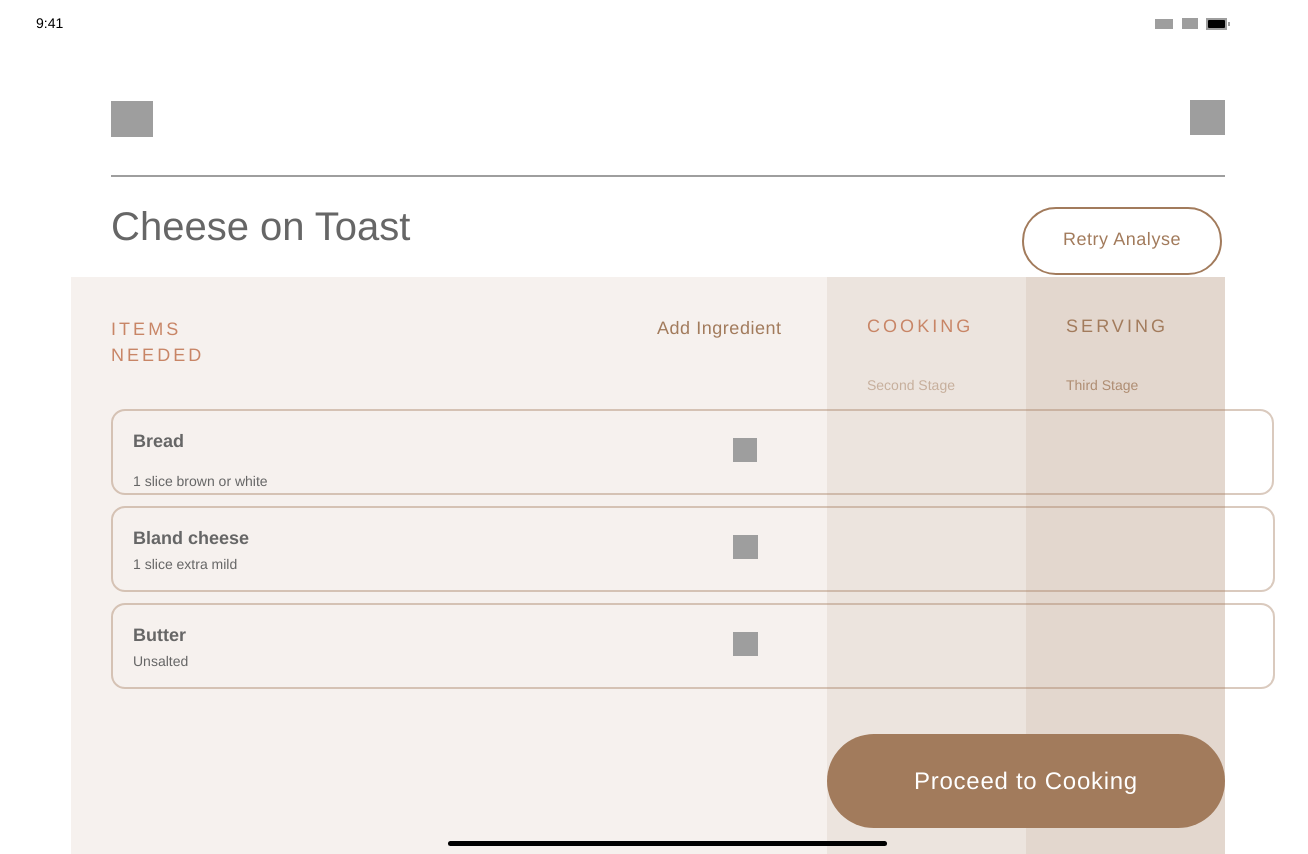
Repository: devashrisamani/SMC
Page: index.html
These files come from the project's save history. The page is drawn as it stood at one moment and after the next save; the edit follows.
The browser window is 1280 px wide. The page is 1308 px wide, then 1288 px, then 1308 px, so the pictures cover 1308 px, including what lies to the right of the window. The pictures show the whole page.
Pictures or frames that could not be fetched are drawn as grey boxes.

Above is the page before, as saved 2024-10-09 14:40:25.

### index.html
<!DOCTYPE html>
<html>
  <head>
    <meta charset="utf-8" />
    <!-- <link rel="stylesheet" href="globals.css" /> -->
    <link rel="stylesheet" href="styleguide.css" />
    <link rel="stylesheet" href="styles.css" />
  </head>
  <body>
    <div class="step-items-needed">
      <div class="div">
        <div class="overlap">
          <div class="rectangle"></div>
          <img class="line" src="img/line-1.svg" />
          <img class="logomark" src="img/logomark.svg" />
          <img class="help-circle" src="img/help-circle.svg" />
          <div class="rectangle-2"></div>
          <div class="rectangle-3"></div>
          <div class="rectangle-4"></div>
          <div class="text-wrapper">Cheese on Toast</div>
          <div class="buttons">
            <div class="button-base"><div class="text">Retry Analyse</div></div>
          </div>
          <div class="cooking">COOKING</div>
          <div class="serving">SERVING</div>
          <div class="home-indicator"><div class="home-indicator-2"></div></div>
          <div class="button-base-wrapper">
            <div class="button-base-2">
              <div class="text-2">Proceed to Cooking</div>
            </div>
          </div>
          <div class="text-3">Add Ingredient</div>
          <div class="group">
            <div class="overlap-group">
              <div class="frame">
                <div class="group-wrapper">
                  <div class="group-2">
                    <div class="text-wrapper-2">Bread</div>
                    <p class="text-wrapper-3">1 slice brown or white</p>
                  </div>
                </div>
              </div>
              <img class="delete" src="img/image.svg" />
            </div>
          </div>
          <div class="overlap-wrapper">
            <div class="overlap-group">
              <div class="div-wrapper">
                <div class="group-3">
                  <div class="group-4">
                    <div class="text-wrapper-2">Butter</div>
                    <div class="text-wrapper-3">Unsalted</div>
                  </div>
                </div>
              </div>
              <img class="img" src="img/delete.svg" />
            </div>
          </div>
          <div class="overlap-group-wrapper">
            <div class="overlap-group">
              <div class="div-wrapper">
                <div class="group-5">
                  <div class="group-6">
                    <div class="text-wrapper-2">Bland cheese</div>
                    <div class="text-wrapper-3">1 slice extra mild</div>
                  </div>
                </div>
              </div>
              <img class="img" src="img/delete.svg" />
            </div>
          </div>
          <div class="items-needed">ITEMS <br />NEEDED</div>
          <div class="text-wrapper-4">Second Stage</div>
          <div class="text-wrapper-5">Third Stage</div>
        </div>
        <div class="status-bar">
          <div class="time">
            <div class="clock">
              <div class="text-wrapper-6">9</div>
              <div class="text-wrapper-6">:</div>
              <div class="text-wrapper-6">41</div>
            </div>
          </div>
          <div class="icons">
            <img class="cellular-signal" src="img/cellular-signal.svg" />
            <img class="wifi" src="img/wifi.svg" />
            <div class="battery">
              <div class="indicator-wrapper"><div class="indicator"></div></div>
              <img class="cap" src="img/cap.svg" />
            </div>
          </div>
        </div>
      </div>
    </div>
  </body>
</html>

### styleguide.css
:root {
  --ioskey-label: rgba(0, 0, 0, 1);
  --text-base-medium-font-family: "DM Sans", Helvetica;
  --text-base-medium-font-weight: 500;
  --text-base-medium-font-size: 16px;
  --text-base-medium-letter-spacing: 0.48px;
  --text-base-medium-line-height: 24px;
  --text-base-medium-font-style: normal;
  --text-xs-regular-font-family: "DM Sans", Helvetica;
  --text-xs-regular-font-weight: 400;
  --text-xs-regular-font-size: 12px;
  --text-xs-regular-letter-spacing: 0.36px;
  --text-xs-regular-line-height: 16px;
  --text-xs-regular-font-style: normal;
  --system-colors-miscellaneous-floating-tab-text-unselected: rgba(0, 0, 0, 1);
  --space-rounded-space-space-6: var(--base-size-size-24);
  --space-rounded-space-space-3: var(--base-size-size-12);
  --space-rounded-space-space-5: var(--base-size-size-20);
  --space-rounded-space-space-9: var(--base-size-size-36);
  --space-rounded-space-space-4: var(--base-size-size-16);
  --space-rounded-rounded-full: 9999px;
  --base-size-size-24: 24px;
  --base-size-size-12: 12px;
  --base-size-size-20: 20px;
  --base-size-size-36: 36px;
  --base-size-size-16: 16px;
  --base-colors-primary-main: rgba(162, 123, 92, 1);
  --base-colors-neutral-white: rgba(255, 255, 255, 1);
  --base-colors-yellow-main: rgba(255, 169, 11, 1);
  --color-tokens-BG-primary-default: var(--base-colors-primary-main);
  --color-tokens-icon-white: var(--base-colors-neutral-white);
  --color-tokens-BG-neutral-white: var(--base-colors-neutral-white);
  --color-tokens-BG-yellow-default: var(--base-colors-yellow-main);
}

/*

  To enable a theme in your HTML, simply add one of the following data attributes to an HTML element, like so:

  <body data-system-colors-mode="light">
      <!-- the rest of your content -->
  </body>

  You can apply the theme on any DOM node, not just the `body`

  */

[data-system-colors-mode="light"] {
  --system-colors-miscellaneous-floating-tab-text-unselected: rgba(0, 0, 0, 1);
}

[data-system-colors-mode="dark"] {
  --system-colors-miscellaneous-floating-tab-text-unselected: rgba(
    255,
    255,
    255,
    0.4
  );
}

[data-system-colors-mode="dark-elevated"] {
  --system-colors-miscellaneous-floating-tab-text-unselected: rgba(
    255,
    255,
    255,
    0.4
  );
}

### styles.css
.step-items-needed {
  /* Remove background color */
  display: flex;
  flex-direction: row;
  justify-content: center;
  width: 100vw; /* Full viewport width */
  height: 100vh; /* Full viewport height */
  margin: 20px; /* Add margin around the page */
}

.step-items-needed .div {
  /* Remove background color */
  width: 1194px;
  height: 834px;
  position: relative;
  margin: auto; /* This centers the content horizontally */
}

.step-items-needed .overlap {
  position: absolute;
  width: 1194px;
  height: 834px;
  top: 0;
  left: 0;
  background-size: 100% 100%;
  margin: 0 auto; /* This will ensure no borders on the side */
}

.step-items-needed .rectangle {
  position: absolute;
  width: 1194px;
  height: 834px;
  top: 0;
  left: 0;
  background-color: #ffffff;
  gap: var(--space-rounded-space-space-6);
}

.step-items-needed .line {
  position: absolute;
  width: 1114px;
  height: 2px;
  top: 155px;
  left: 40px;
}

.step-items-needed .logomark {
  position: absolute;
  width: 42px;
  height: 36px;
  top: 81px;
  left: 40px;
}

.step-items-needed .help-circle {
  position: absolute;
  width: 35px;
  height: 35px;
  top: 80px;
  left: 1119px;
}

.step-items-needed .rectangle-2 {
  position: absolute;
  width: 199px;
  height: 577px;
  top: 257px;
  left: 955px;
  background-color: #a27b5c;
  opacity: 0.3;
}

.step-items-needed .rectangle-3 {
  position: absolute;
  width: 199px;
  height: 577px;
  top: 257px;
  left: 756px;
  background-color: #a27b5c;
  opacity: 0.2;
}

.step-items-needed .rectangle-4 {
  position: absolute;
  width: 756px;
  height: 577px;
  top: 257px;
  left: 0;
  background-color: #a27b5c;
  opacity: 0.1;
}

.step-items-needed .text-wrapper {
  position: absolute;
  height: 40px;
  top: 186px;
  left: 40px;
  font-family: "Calistoga-Regular", Helvetica;
  font-weight: 400;
  color: #666666;
  font-size: 40px;
  letter-spacing: 0;
  line-height: 40px;
  white-space: nowrap;
}

.step-items-needed .buttons {
  display: flex;
  width: 200px;
  height: 40px;
  align-items: flex-start;
  position: absolute;
  top: 187px;
  left: 951px;
}

.step-items-needed .button-base {
  display: flex;
  height: 40px;
  align-items: center;
  justify-content: center;
  gap: var(--space-rounded-space-space-3);
  padding: var(--space-rounded-space-space-3) var(--space-rounded-space-space-5)
    var(--space-rounded-space-space-3) var(--space-rounded-space-space-5);
  position: relative;
  flex: 1;
  flex-grow: 1;
  border-radius: var(--space-rounded-rounded-full);
  border: 2px solid;
  border-color: #a27b5c;
}

.step-items-needed .text {
  position: relative;
  width: fit-content;
  margin-top: -6px;
  margin-bottom: -2px;
  font-family: "Calistoga-Regular", Helvetica;
  font-weight: 400;
  color: #a27b5c;
  font-size: 18px;
  text-align: center;
  letter-spacing: 0.54px;
  line-height: 24px;
  white-space: nowrap;
}

.step-items-needed .cooking {
  position: absolute;
  height: 21px;
  top: 296px;
  left: 796px;
  font-family: "Aboreto-Regular", Helvetica;
  font-weight: 400;
  color: #c88566;
  font-size: 18px;
  letter-spacing: 3.06px;
  line-height: normal;
  white-space: nowrap;
}

.step-items-needed .serving {
  position: absolute;
  height: 21px;
  top: 296px;
  left: 995px;
  font-family: "Aboreto-Regular", Helvetica;
  font-weight: 400;
  color: #a27b5c;
  font-size: 18px;
  letter-spacing: 3.06px;
  line-height: normal;
  white-space: nowrap;
}

.step-items-needed .home-indicator {
  position: absolute;
  width: 1194px;
  height: 72px;
  top: 762px;
  left: 0;
}

.step-items-needed .home-indicator-2 {
  position: relative;
  width: 439px;
  height: 5px;
  top: 59px;
  left: 377px;
  background-color: var(--ioskey-label);
  border-radius: 5px;
}

.step-items-needed .button-base-wrapper {
  display: flex;
  width: 398px;
  height: 70px;
  align-items: flex-start;
  position: absolute;
  top: 714px;
  left: 756px;
}

.step-items-needed .button-base-2 {
  display: flex;
  height: 70px;
  align-items: center;
  justify-content: center;
  gap: var(--space-rounded-space-space-3);
  padding: var(--space-rounded-space-space-3) var(--space-rounded-space-space-5)
    var(--space-rounded-space-space-3) var(--space-rounded-space-space-5);
  position: relative;
  flex: 1;
  flex-grow: 1;
  background-color: var(--color-tokens-BG-primary-default);
  border-radius: var(--space-rounded-rounded-full);
}

.step-items-needed .text-2 {
  position: relative;
  width: fit-content;
  color: #ffffff;
  font-size: 24px;
  letter-spacing: 0.72px;
  font-family: "Calistoga-Regular", Helvetica;
  font-weight: 400;
  line-height: 24px;
  white-space: nowrap;
}

.step-items-needed .text-3 {
  position: absolute;
  top: 296px;
  left: 586px;
  color: #a27b5c;
  font-size: 18px;
  letter-spacing: 0.54px;
  font-family: "Calistoga-Regular", Helvetica;
  font-weight: 400;
  line-height: 24px;
  white-space: nowrap;
}

.step-items-needed .group {
  position: absolute;
  width: 675px;
  height: 82px;
  top: 389px;
  left: 40px;
}

.step-items-needed .overlap-group {
  position: relative;
  height: 82px;
  border-radius: 14px;
}

.step-items-needed .frame {
  display: flex;
  width: 675px;
  align-items: center;
  gap: 20px;
  padding: 20px 464px 20px 20px;
  position: absolute;
  top: 0;
  left: 0;
  border-radius: 14px;
  border: 2px solid;
  border-color: #a27b5c66;
}

.step-items-needed .group-wrapper {
  position: relative;
  width: 148px;
  height: 42px;
}

.step-items-needed .group-2 {
  position: relative;
  width: 152px;
  height: 42px;
}

.step-items-needed .text-wrapper-2 {
  position: absolute;
  top: 0;
  left: 0;
  font-family: "Epilogue-SemiBold", Helvetica;
  font-weight: 600;
  color: #666666;
  font-size: 18px;
  letter-spacing: 0;
  line-height: normal;
  white-space: nowrap;
}

.step-items-needed .text-wrapper-3 {
  position: absolute;
  top: 28px;
  left: 0;
  font-family: "Epilogue-Regular", Helvetica;
  font-weight: 400;
  color: #666666;
  font-size: 14px;
  letter-spacing: 0;
  line-height: normal;
  white-space: nowrap;
}

.step-items-needed .delete {
  position: absolute;
  width: 24px;
  height: 24px;
  top: 29px;
  left: 622px;
}

.step-items-needed .overlap-wrapper {
  position: absolute;
  width: 676px;
  height: 82px;
  top: 583px;
  left: 40px;
}

.step-items-needed .div-wrapper {
  display: flex;
  width: 676px;
  align-items: center;
  gap: 20px;
  padding: 20px 464px 20px 20px;
  position: absolute;
  top: 0;
  left: 0;
  border-radius: 14px;
  border: 2px solid;
  border-color: #a27b5c66;
}

.step-items-needed .group-3 {
  width: 62px;
  position: relative;
  height: 42px;
}

.step-items-needed .group-4 {
  width: 66px;
  position: relative;
  height: 42px;
}

.step-items-needed .img {
  position: absolute;
  width: 25px;
  height: 24px;
  top: 29px;
  left: 622px;
}

.step-items-needed .overlap-group-wrapper {
  position: absolute;
  width: 676px;
  height: 82px;
  top: 486px;
  left: 40px;
}

.step-items-needed .group-5 {
  width: 124px;
  position: relative;
  height: 42px;
}

.step-items-needed .group-6 {
  width: 128px;
  position: relative;
  height: 42px;
}

.step-items-needed .items-needed {
  position: absolute;
  height: 52px;
  top: 296px;
  left: 40px;
  font-family: "Aboreto-Regular", Helvetica;
  font-weight: 400;
  color: #c88566;
  font-size: 18px;
  letter-spacing: 3.06px;
  line-height: 26px;
}

.step-items-needed .text-wrapper-4 {
  position: absolute;
  top: 357px;
  left: 796px;
  opacity: 0.5;
  font-family: "Epilogue-Regular", Helvetica;
  font-weight: 400;
  color: #a27b5c;
  font-size: 14px;
  letter-spacing: 0;
  line-height: normal;
  white-space: nowrap;
}

.step-items-needed .text-wrapper-5 {
  position: absolute;
  top: 357px;
  left: 995px;
  opacity: 0.8;
  font-family: "Epilogue-Regular", Helvetica;
  font-weight: 400;
  color: #a27b5c;
  font-size: 14px;
  letter-spacing: 0;
  line-height: normal;
  white-space: nowrap;
}

.step-items-needed .status-bar {
  display: flex;
  width: 1194px;
  align-items: center;
  justify-content: space-between;
  padding: var(--space-rounded-space-space-4) var(--space-rounded-space-space-5)
    var(--space-rounded-space-space-4) var(--space-rounded-space-space-9);
  position: fixed;
  top: 0;
  left: 0;
}

.step-items-needed .time {
  display: inline-flex;
  align-items: center;
  justify-content: center;
  gap: 4px;
  position: relative;
  flex: 0 0 auto;
}

.step-items-needed .clock {
  display: inline-flex;
  align-items: center;
  position: relative;
  flex: 0 0 auto;
}

.step-items-needed .text-wrapper-6 {
  position: relative;
  width: fit-content;
  margin-top: -1px;
  font-family: "SF Pro Display-Medium", Helvetica;
  font-weight: 500;
  color: var(--system-colors-miscellaneous-floating-tab-text-unselected);
  font-size: 14px;
  letter-spacing: 0;
  line-height: normal;
}

.step-items-needed .icons {
  display: inline-flex;
  align-items: center;
  justify-content: flex-end;
  gap: 8.5px;
  position: relative;
  flex: 0 0 auto;
}

.step-items-needed .cellular-signal {
  position: relative;
  width: 18px;
  height: 10px;
}

.step-items-needed .wifi {
  position: relative;
  width: 16px;
  height: 11.62px;
}

.step-items-needed .battery {
  position: relative;
  width: 24px;
  height: 12px;
}

.step-items-needed .indicator-wrapper {
  position: absolute;
  width: 21px;
  height: 12px;
  top: 0;
  left: 0;
  background-image: url(./img/border.svg);
  background-size: 100% 100%;
}

.step-items-needed .indicator {
  position: relative;
  width: 17px;
  height: 8px;
  top: 2px;
  left: 2px;
  background-color: var(
    --system-colors-miscellaneous-floating-tab-text-unselected
  );
  border-radius: 1px;
}

.step-items-needed .cap {
  position: absolute;
  width: 2px;
  height: 4px;
  top: 4px;
  left: 22px;
}

After the next save:
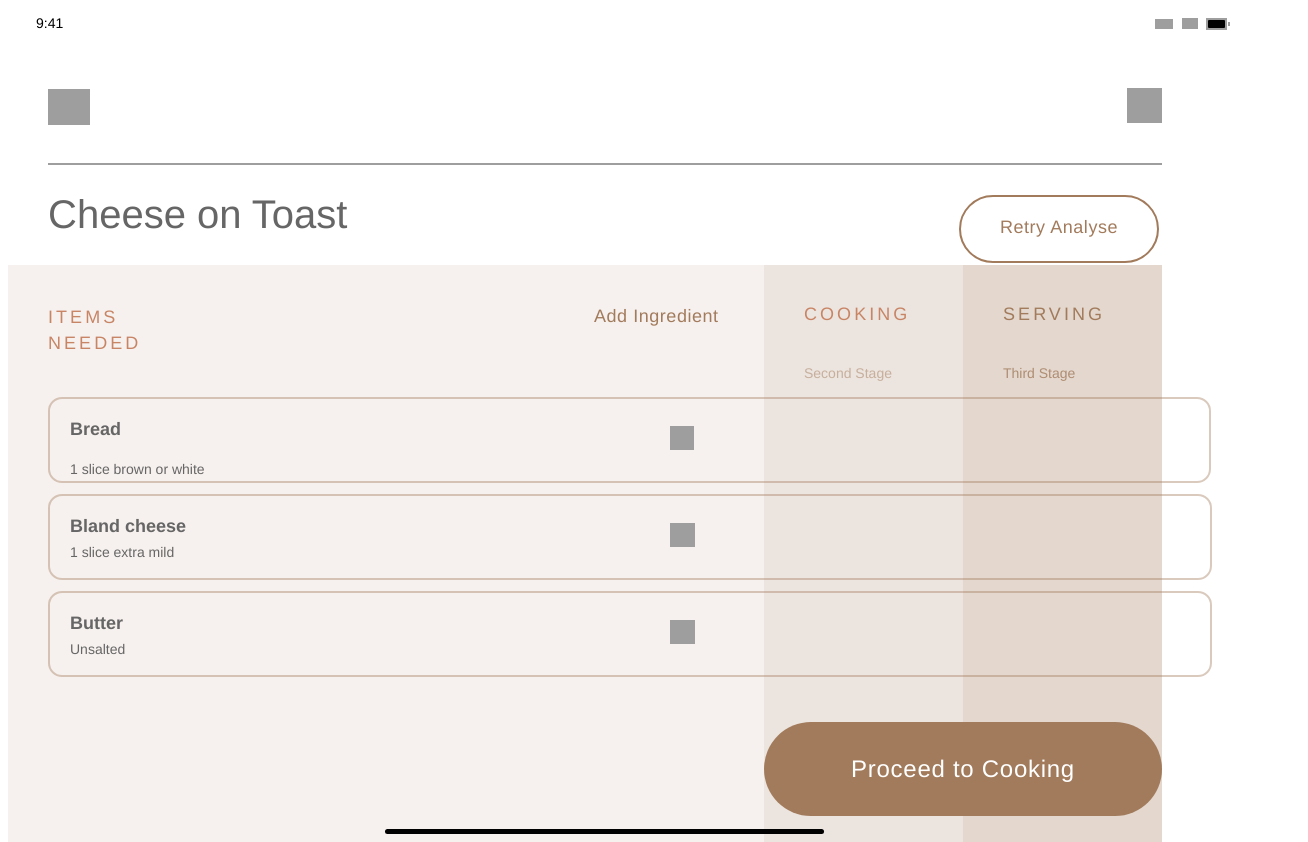
Saved 88 s later.
--- a/styles.css
+++ b/styles.css
@@ -1,39 +1,45 @@
 .step-items-needed {
-  /* Remove background color */
-  display: flex;
-  flex-direction: row;
+  /* Set the page to take up the full viewport width and height */
+  width: 100vw;
+  height: 100vh;
+  display: flex;
+  flex-direction: column;
   justify-content: center;
-  width: 100vw; /* Full viewport width */
-  height: 100vh; /* Full viewport height */
-  margin: 20px; /* Add margin around the page */
+  align-items: center;
+  background-color: #a27b5c;
 }
 
 .step-items-needed .div {
-  /* Remove background color */
-  width: 1194px;
-  height: 834px;
-  position: relative;
-  margin: auto; /* This centers the content horizontally */
+  /* Adjust the div to fit within the viewport */
+  width: 100vw;
+  height: 100vh;
+  position: relative;
 }
 
 .step-items-needed .overlap {
   position: absolute;
-  width: 1194px;
-  height: 834px;
-  top: 0;
-  left: 0;
-  background-size: 100% 100%;
-  margin: 0 auto; /* This will ensure no borders on the side */
+  width: 100vw;
+  height: 100vh;
+  top: 0;
+  left: 0;
+  background-size: cover; /* Ensure the background covers the entire viewport */
 }
 
 .step-items-needed .rectangle {
-  position: absolute;
-  width: 1194px;
-  height: 834px;
+  /* Remove fixed width and height, fit to viewport */
+  width: 100vw;
+  height: 100vh;
   top: 0;
   left: 0;
   background-color: #ffffff;
   gap: var(--space-rounded-space-space-6);
+}
+
+.step-items-needed .home-indicator {
+  /* Ensure the home indicator is positioned correctly */
+  width: 100vw;
+  position: absolute;
+  bottom: 0;
 }
 
 .step-items-needed .line {

After the save that followed:
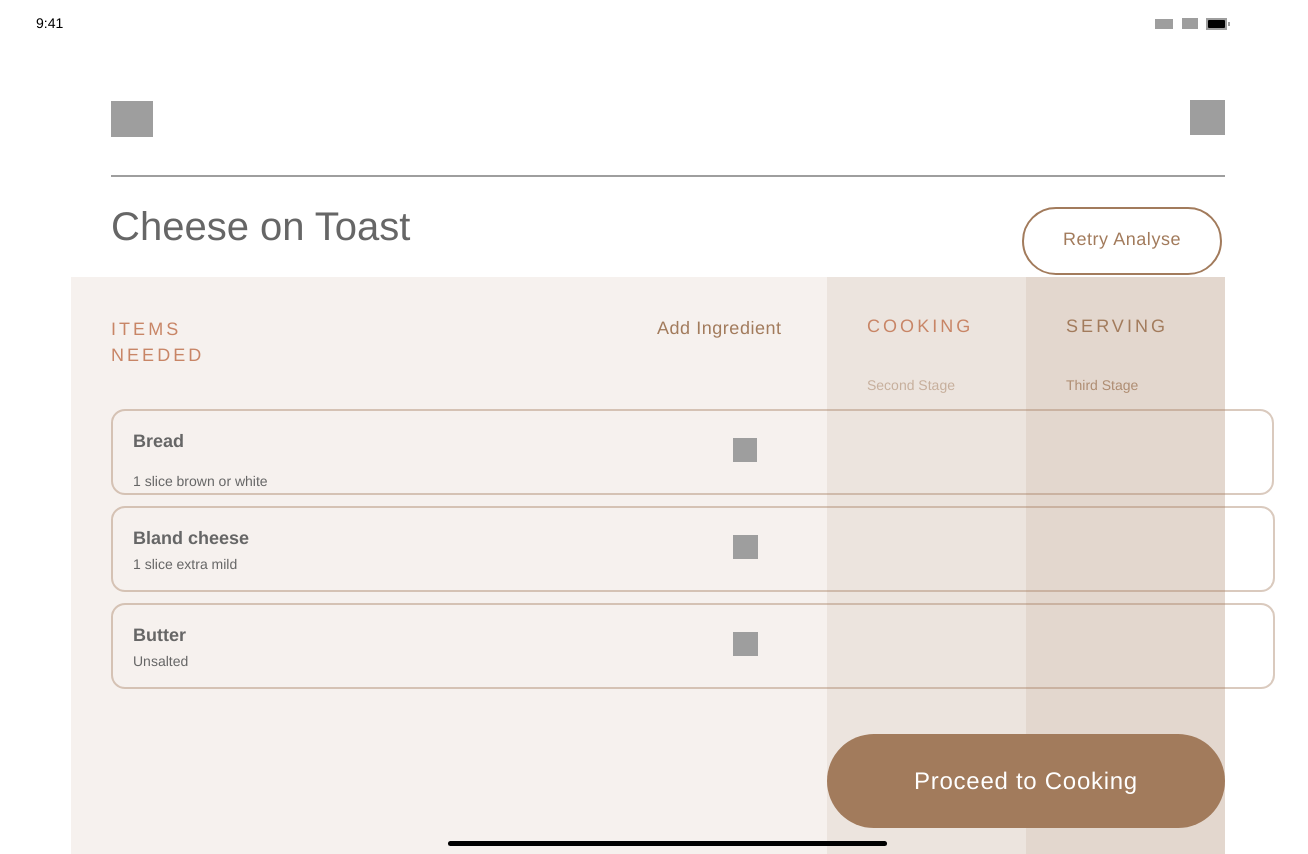
Saved 11 s later.
--- a/styles.css
+++ b/styles.css
@@ -1,45 +1,39 @@
 .step-items-needed {
-  /* Set the page to take up the full viewport width and height */
-  width: 100vw;
-  height: 100vh;
-  display: flex;
-  flex-direction: column;
+  /* Remove background color */
+  display: flex;
+  flex-direction: row;
   justify-content: center;
-  align-items: center;
-  background-color: #a27b5c;
+  width: 100vw; /* Full viewport width */
+  height: 100vh; /* Full viewport height */
+  margin: 20px; /* Add margin around the page */
 }
 
 .step-items-needed .div {
-  /* Adjust the div to fit within the viewport */
-  width: 100vw;
-  height: 100vh;
-  position: relative;
+  /* Remove background color */
+  width: 1194px;
+  height: 834px;
+  position: relative;
+  margin: auto; /* This centers the content horizontally */
 }
 
 .step-items-needed .overlap {
   position: absolute;
-  width: 100vw;
-  height: 100vh;
-  top: 0;
-  left: 0;
-  background-size: cover; /* Ensure the background covers the entire viewport */
+  width: 1194px;
+  height: 834px;
+  top: 0;
+  left: 0;
+  background-size: 100% 100%;
+  margin: 0 auto; /* This will ensure no borders on the side */
 }
 
 .step-items-needed .rectangle {
-  /* Remove fixed width and height, fit to viewport */
-  width: 100vw;
-  height: 100vh;
+  position: absolute;
+  width: 1194px;
+  height: 834px;
   top: 0;
   left: 0;
   background-color: #ffffff;
   gap: var(--space-rounded-space-space-6);
-}
-
-.step-items-needed .home-indicator {
-  /* Ensure the home indicator is positioned correctly */
-  width: 100vw;
-  position: absolute;
-  bottom: 0;
 }
 
 .step-items-needed .line {
